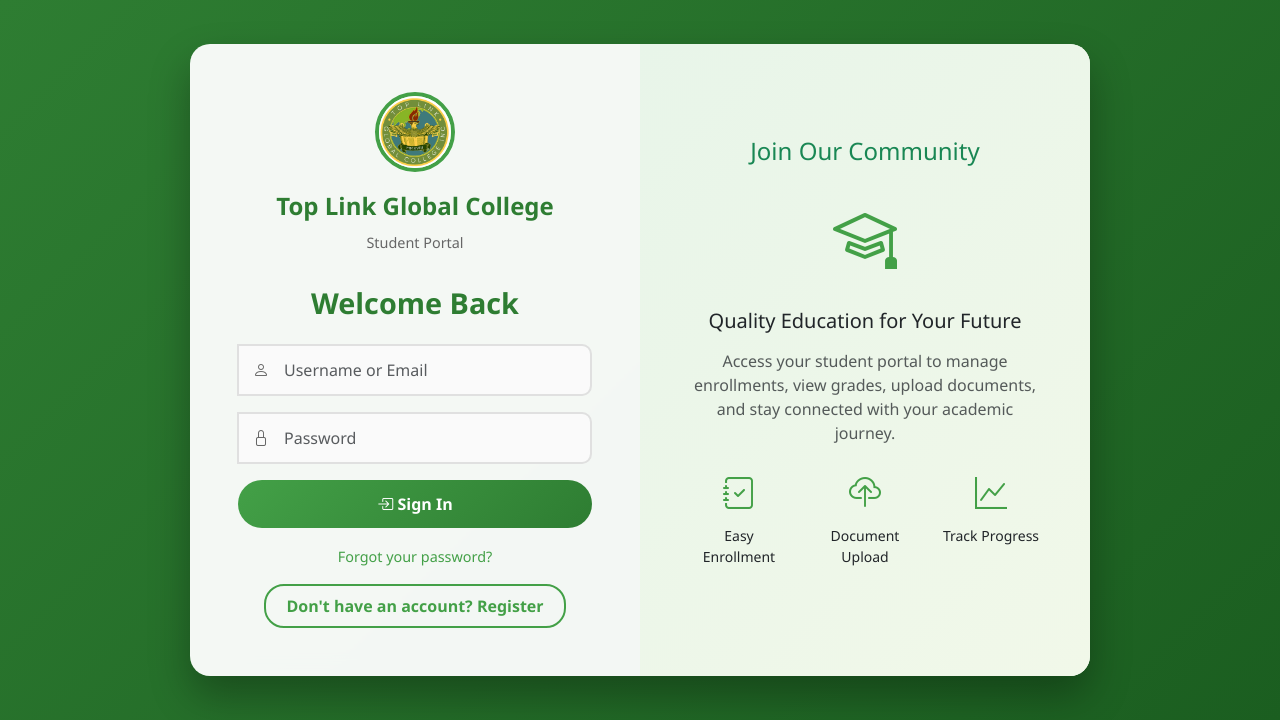
Repository: partymaker01/IT2C_Enrollment_System_SourceCode
Page: http://localhost/IT2C_Enrollment_System_SourceCode/logregfor/login.php
An editor plug-in stored every save of this project. The page is shown before and after the next save, followed by the edit.
The browser window is 1280 px wide. The pictures show the whole page.
The page is run by PHP 8.4 with error messages shown; the project is at /var/www/html/.

Above is the page before, as saved 2025-06-08 22:47:51.

After the next save:
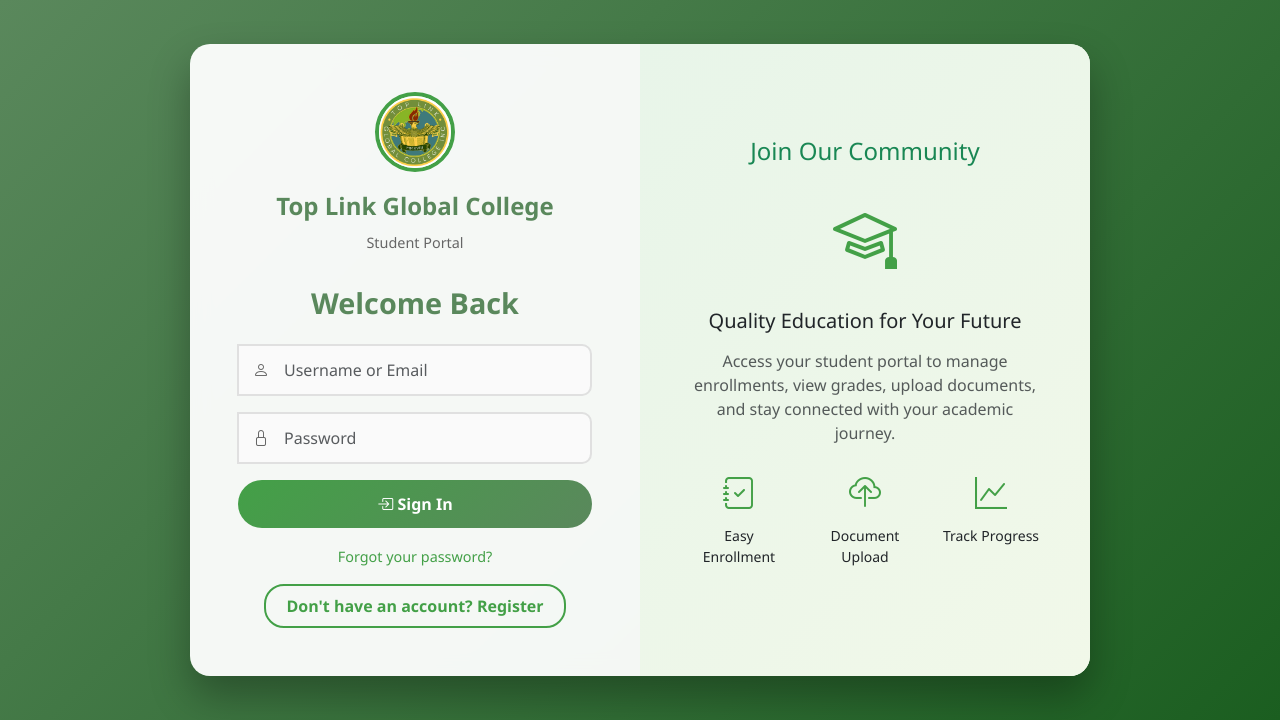
Saved 4 min 1 s later.
--- a/logregfor/login.php
+++ b/logregfor/login.php
@@ -105,7 +105,7 @@
     <link rel="icon" href="../picture/tlgc_pic.jpg" type="image/x-icon">
     <style>
         :root {
-            --primary-green: #2e7d32;
+            --primary-green:rgb(90, 136, 92);
             --light-green: #e8f5e9;
             --accent-green: #43a047;
             --hover-green: #c8e6c9;
